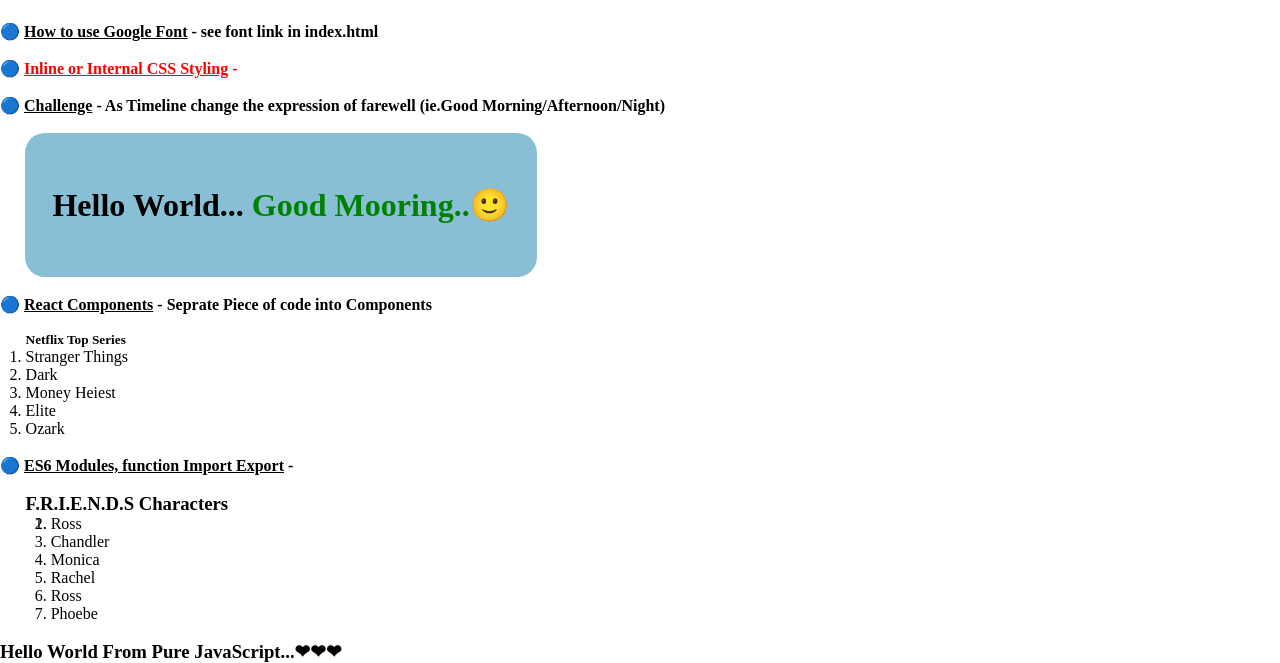
Repository: AalokJadhav/Being_ReactJS
Page: /
These files come from the project's save history. The page is drawn as it stood at one moment and after the next save; the edit follows.
The browser window is 1280 px wide. The pictures show the part of the page from y = 620 to 1305 px (the page is 1283 px tall before and 1305 px after).
The project was rebuilt for these pictures with package versions that can differ from the ones it lists, and the page was loaded fresh each time.

Above is the page before, as saved 2021-10-16 00:49:39.

### public/index.html
<!DOCTYPE html>
<html lang="en">

<head>
  <meta charset="utf-8" />
  <link rel="icon" href="%PUBLIC_URL%/favicon.ico" />
  <meta name="viewport" content="width=device-width, initial-scale=1" />
  <meta name="theme-color" content="#000000" />
  <meta name="description" content="Web site created using create-react-app" />
  <link rel="apple-touch-icon" href="%PUBLIC_URL%/logo192.png" />
  <!--
      manifest.json provides metadata used when your web app is installed on a
      user's mobile device or desktop. See https://developers.google.com/web/fundamentals/web-app-manifest/
    -->
  <link rel="manifest" href="%PUBLIC_URL%/manifest.json" />
  <link rel="preconnect" href="https://fonts.googleapis.com">
  <link rel="preconnect" href="https://fonts.gstatic.com" crossorigin>
  <link href="https://fonts.googleapis.com/css2?family=Josefin+Slab:ital,wght@1,200&display=swap" rel="stylesheet">
  <!--
      Notice the use of %PUBLIC_URL% in the tags above.
      It will be replaced with the URL of the `public` folder during the build.
      Only files inside the `public` folder can be referenced from the HTML.

      Unlike "/favicon.ico" or "favicon.ico", "%PUBLIC_URL%/favicon.ico" will
      work correctly both with client-side routing and a non-root public URL.
      Learn how to configure a non-root public URL by running `npm run build`.
    -->
  <title>React App</title>
</head>

<body>
  <noscript>You need to enable JavaScript to run this app.</noscript>
  <div id="root"></div>
  <!--
      This HTML file is a template.
      If you open it directly in the browser, you will see an empty page.

      You can add webfonts, meta tags, or analytics to this file.
      The build step will place the bundled scripts into the <body> tag.

      To begin the development, run `npm start` or `yarn start`.
      To create a production bundle, use `npm run build` or `yarn build`.
    -->
</body>

</html>

### src/index.js
// var React = require ('react');
// var ReactDom = require ('react-dom');

import React from 'react';
import ReactDom from 'react-dom';
import './index.css';
import App from './App';
import {AllCharacters, fullName} from './App';

const fullDate = new Date();
const date = fullDate.toLocaleDateString();
const time = fullDate.toLocaleTimeString();

const CurrDate = new Date(2021, 14, 10, 9);
const hour = CurrDate.getHours();
let greeting = '';

const cssStyle = {}

if (hour >= 1 && hour < 12) {
  greeting = 'Good Mooring..🙂';
  cssStyle.color = 'green';
} else if (hour >= 12 && hour < 19) {
  greeting = 'Good Afternoon..🙄';
  cssStyle.color = 'orange';
} else {
  greeting = 'Good Night..😴';
}
const RandomImgUrl = 'https://picsum.photos/2000';
const RandomImgUrl1 = 'https://picsum.photos/900';
const RandomImgUrl2 = 'https://picsum.photos/800';
ReactDom.render(

  //Fragments in ReactJS - Use <> </>  or <React.Fragment></React.Fragment>
  <>

    <h1 className="heading">Being React</h1><br />
    <h3>Hello  World From ReactJS...✋</h3><br />

    <h4>🔵 <u>Display Current date and time in JSX</u> -</h4><br />
    <div className="content">
      <p>Current Date is {`${date}`} </p>
      <p>Current Time is {`${time} `} </p>
    </div>
    <br />

    <h4>🔵 <u>JSX Attributes for random image</u> -</h4><br />
    <div className="img_div">
      <img src={RandomImgUrl} alt='random image1' />
      <img src={RandomImgUrl1} alt='random image2' />
      <img src={RandomImgUrl2} alt='random image3' />
    </div>
    <br />

    <h4>🔵 <u>How to use Google Font</u> -  see font link in index.html </h4>
    <div className="content">

    </div>
    <br />

    <h4 style={{ color: 'red', fontFamily: 'serif' }}>🔵 <u>Inline or Internal CSS Styling</u> -</h4>
    <div className="content">

    </div>
    <br />

    <h4>🔵 <u>Challenge</u> - As Timeline change the expression of farewell (ie.Good Morning/Afternoon/Night)</h4><br />
    <div className="challenge1">
      <h1>Hello World...<span style={cssStyle}> {greeting}</span></h1>
    </div>
    <br />

    <h4>🔵 <u>React Components</u> - Seprate Piece of code into Components</h4><br />
    <App />
    <br />

    <h4>🔵 <u>ES6 Modules, function Import Export</u> - </h4><br />
    <div className="content">
      <h3>F.R.I.E.N.D.S Characters</h3>
      <ol className="content">
        <li>{AllCharacters}</li>
      </ol>
      <h3>{fullName}</h3>
    </div>
    <br />
  </>,
  document.getElementById('root'));
<br />


// In Pure JavaScript
var h3 = document.createElement('h3');
h3.innerHTML = 'Hello  World From Pure JavaScript...❤❤❤';
document.getElementById('root').appendChild(h3);

### src/index.css
/* body {
  margin: 0;
  font-family: -apple-system, BlinkMacSystemFont, 'Segoe UI', 'Roboto', 'Oxygen',
    'Ubuntu', 'Cantarell', 'Fira Sans', 'Droid Sans', 'Helvetica Neue',
    sans-serif;
  -webkit-font-smoothing: antialiased;
  -moz-osx-font-smoothing: grayscale;
}

code {
  font-family: source-code-pro, Menlo, Monaco, Consolas, 'Courier New',
    monospace;
} */


*{margin: 0; padding: 0; box-sizing: border-box;};

.heading  h1{
  color: #fa9191;
  align-items: center;
  text-transform: capitalize;
  font-weight: bold;
  padding-left: 2%;
  font-family: 'Josefin Slab', serif;
}

.img_div img{
  width: 33%;
  height: 5%;
  margin: auto;
  padding-left: 2%;
}

.content {
  padding-left: 2%;
}

.challenge1 {
  background-color: rgb(137, 191, 212);
  width: 40%;
  height: 20vh;
  display: flex;
  justify-content: center;
  align-items: center;
  margin-top: -0px;
  margin-left: 25px;
  border-radius: 20px;
}

### src/App.js
import React from "react";
import Heading from "./Heading";
import List from "./List";

const Characters = ['Ross', 'Chandler', 'Monica', 'Rachel', 'Ross', 'Phoebe'];
const AllCharacters = [];

Characters.forEach(function (data) {
    AllCharacters.push(<li>{data}</li>);
});

function fullName() {
    return (name = 'Alok Jadhav');
}

function App() {

    return (
        <>
        <Heading />
        <List/>
    </>
    );
}

export default App;
export { AllCharacters, fullName};

### src/Heading.jsx
import React from "react";

function  Heading() {
    return (
        <div className="content">
    <h5 style={{fontFamily: 'serif'}}>Netflix Top Series</h5>
    </div>
    )
}

export default Heading;

### src/List.jsx
import React from "react";

function List() {

    return (
        <div className="content">
             <ol>
    <li>Stranger Things</li>
    <li>Dark</li>
    <li>Money Heiest</li>
    <li>Elite</li>
    <li>Ozark</li>
  </ol>
        </div>
    )
}

export default List;

After the next save:
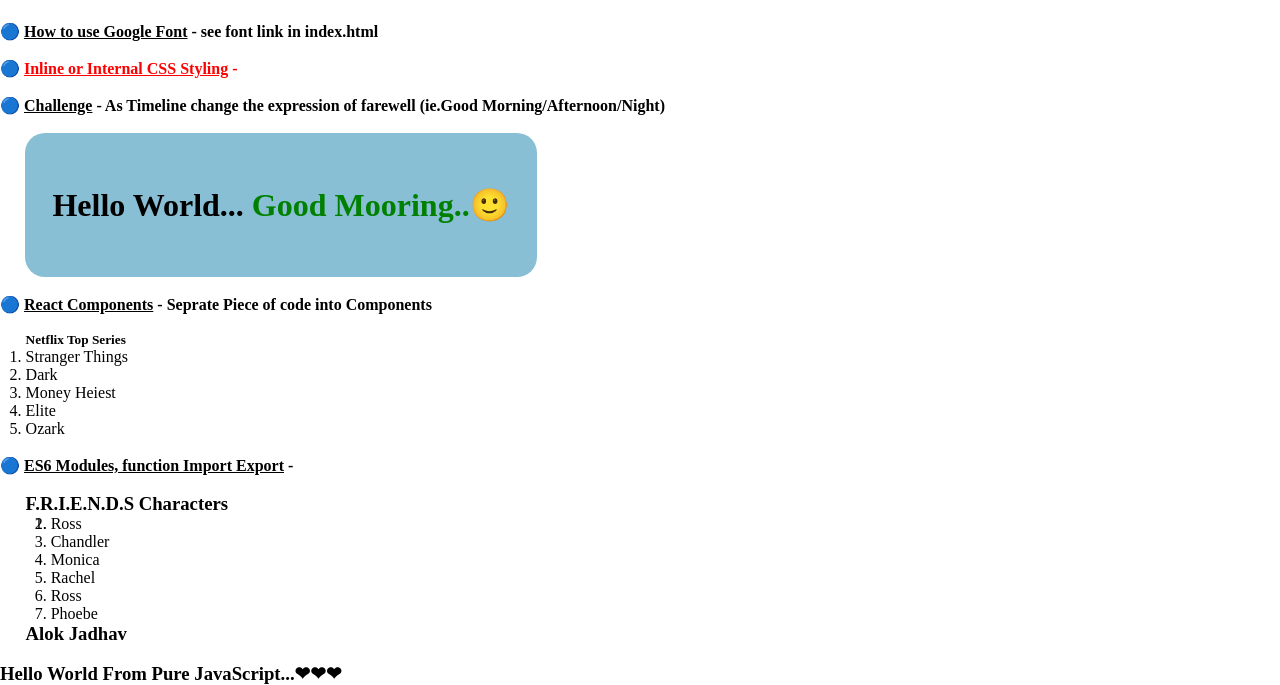
Saved 3 s later.
--- a/src/index.js
+++ b/src/index.js
@@ -80,7 +80,7 @@ ReactDom.render(
       <ol className="content">
         <li>{AllCharacters}</li>
       </ol>
-      <h3>{fullName}</h3>
+      <h3>{fullName()}</h3>
     </div>
     <br />
   </>,
